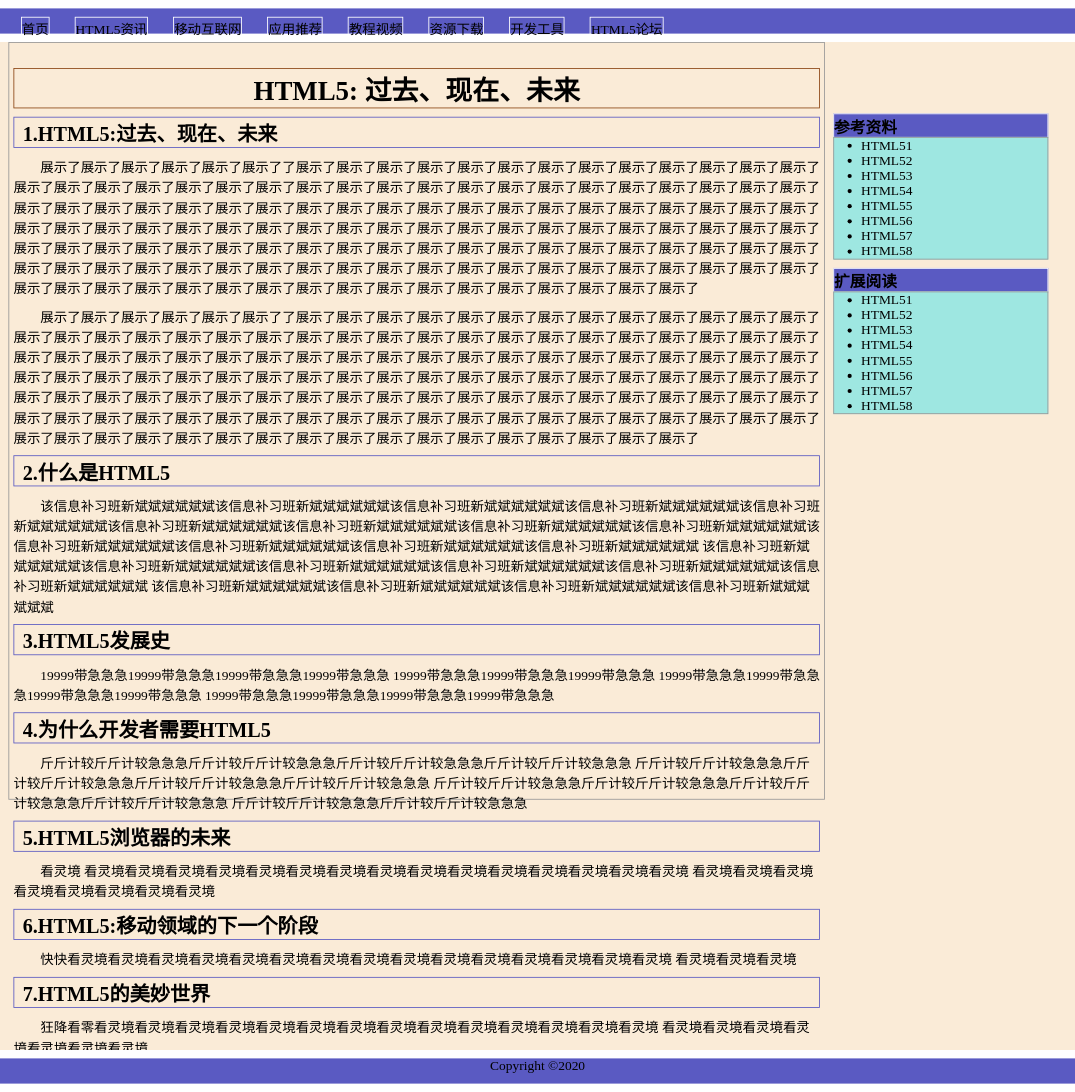
Repository: LstHeart/html-learning
Page: css/案例作业2.html
An editor plug-in stored every save of this project. The page is shown before and after the next save, followed by the edit.
The browser window is 1280 px wide. The pictures show the whole page, at 84% of full size.

Above is the page before, as saved 2021-01-05 23:05:58.

After the next save:
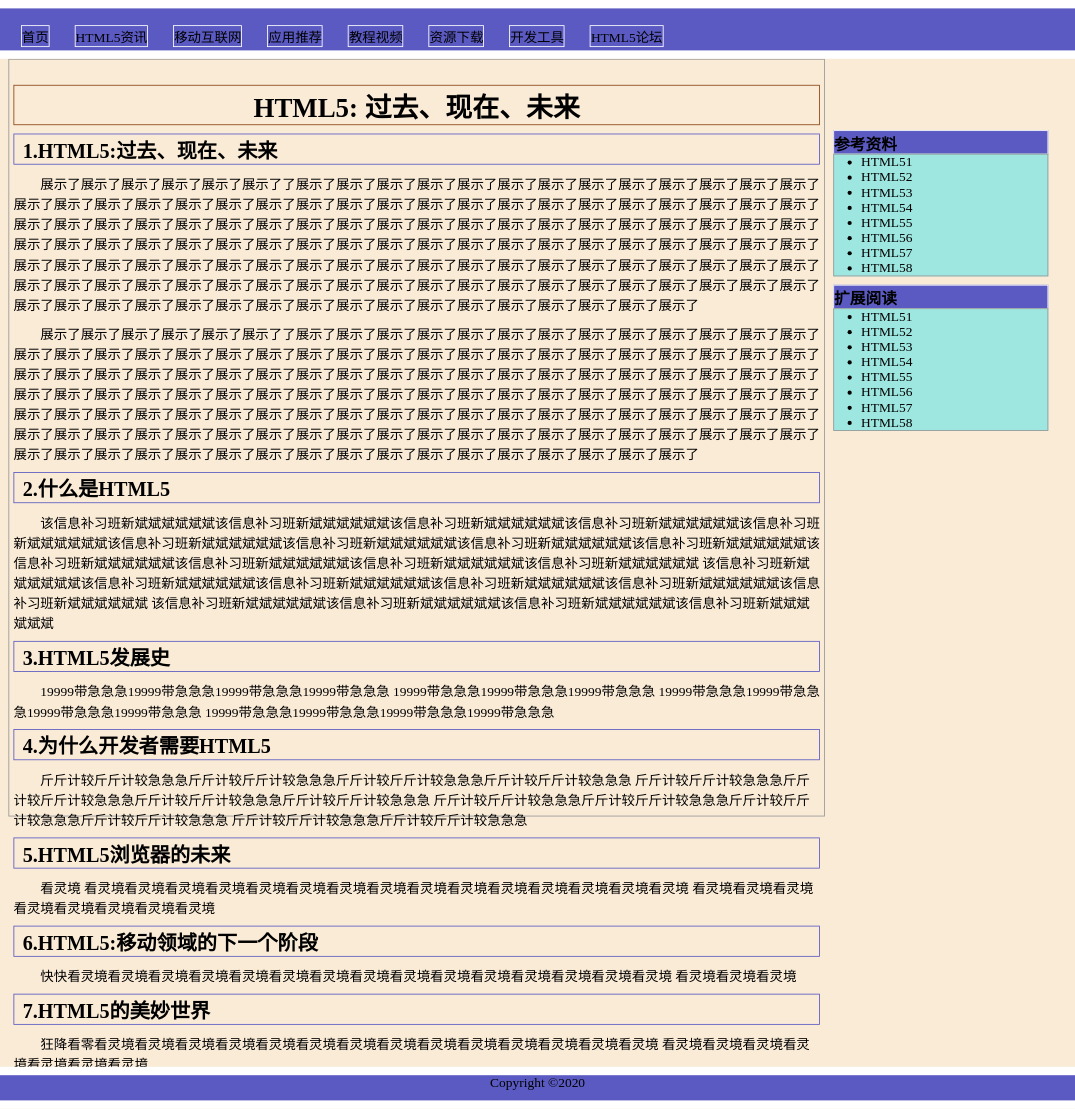
Saved 61 s later.
--- a/css/html5.css
+++ b/css/html5.css
@@ -9,7 +9,7 @@ a{
     text-decoration: none;
 }
 .header{
-    padding:10px o;
+    padding:10px 0;
 }
  .head-ul{
     /* margin: 10px auto; */
